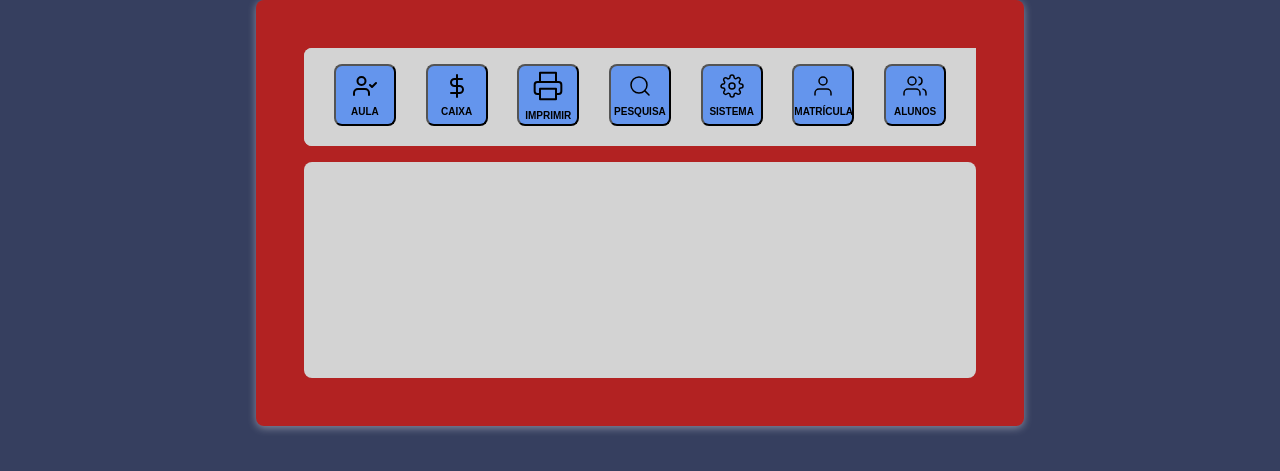
Repository: samantaProspero/projeto_integrador
Page: Versão Atual/PI_Vanila/index.html
The author's editor kept a copy of each file at every save. The page is drawn from the files as they stood at one save, then again after the next save.
The browser window is 1280 px wide. The pictures show the whole page.

Above is the page before, as saved 2021-11-06 12:19:18.
Not found: Versão Atual/PI_Vanila/js/script.js

### Versão Atual/PI_Vanila/index.html
<!DOCTYPE html>
<html lang="pt-BR">
<head>
  <meta charset="UTF-8">
  <meta http-equiv="X-UA-Compatible" content="IE=edge">
  <meta name="viewport" content="width=device-width, initial-scale=1.0">
  <link rel="stylesheet" type="text/css" href="_css/global.css">
  <link rel="stylesheet" type="text/css" href="_css/style.css">
  <title>D Lions</title>
</head>
<body id="home-container">
  <section class="home-content">
    <nav class="home-icons">
      <div class="home-header-painel">
        <div class="home-buttons">
          <button class="icon">
            <img id=logo src="assets/icons/aula.svg">
                <p>AULA</p>
          </button>
          <button class="icon">
            <img id=logo src="assets/icons/dollar.svg">
                <p>CAIXA</p>
          </button>
          <button class="icon">
            <img id=logo src="assets/icons/printer.svg">
                <p>IMPRIMIR</p>
          </button>
          <button class="icon">
            <img id=logo src="assets/icons/search.svg">
                <p>PESQUISA</p>
          </button>
          <button class="icon">
            <img id=logo src="assets/icons/settings.svg">
                <p>SISTEMA</p>
          </button>
          <button class="icon">
            <img id=logo src="assets/icons/user.svg">
                <p>MATRÍCULA</p>
          </button>
          <button class="icon">
            <img id=logo src="assets/icons/users.svg">
                <p>ALUNOS</p>
          </button>
        </div>
      </div>

    </nav>
    <div class="lista-alunos">
      <!-- <form id="form-login" action="">
        <div class="input-container">
          <label for="login">Login: </label>
          <input type="text" name="login" id="login">
        </div>
        <div class="input-container">
          <label for="senha">Senha:</label>
          <input type="text" name="senha" id="senha">
        </div>
        <div id="buttons-div">
        <input type="button" value="Login">
        <input type="button" value="Sair">
        </div>
      </form> -->
    </div>
  </section>
  <script src="js/script.js"></script>
</body>
</html>

    <!-- <Container>
      <Content>
        <Icons>
          <Buttons>
            <button type="button" onClick={()=> {}}>
              <Icon>
                <img src={user} alt="matricula" />
              </Icon>
              <p>MATRÍCULA</p>
            </button>
            <button type="button" onClick={()=> {}}>
              <Icon>
                <img src={users} alt="alunos" />
              </Icon>
              <p>ALUNOS</p>
            </button>
            <button type="button" onClick={()=> {}}>
              <Icon>
                <img src={aula} alt="aula" />
              </Icon>
              <p>AULA</p>
            </button>
            <button type="button" onClick={()=> {}}>
              <Icon>
                <img src={dollar} alt="caixa" />
              </Icon>
              <p>CAIXA</p>
            </button>
            <button type="button" onClick={()=> {}}>
              <Icon>
                <img src={printer} alt="print" />
              </Icon>
              <p>IMPRIMIR</p>
            </button>
            <button type="button" onClick={()=> {}}>
              <Icon>
                <img src={search} alt="pesquisa" />
              </Icon>
              <p>PESQUISA</p>
            </button>
            <button type="button" onClick={()=> {}}>
              <Icon>
                <img src={settings} alt="sistema" />
              </Icon>
              <p>SISTEMA</p>
            </button>
          </Buttons>
        </Icons>
        <ListaAlunos>
          {/* <table>
            <thead>
              <th>Código</th>
              <th>Nome</th>
              <th>Telefone</th>
              <th>Email</th>
            </thead>
            <tbody></tbody>
            <tr>
              <td>{cliente[0].codigo}</td>
              <td>{cliente[0].nome}</td>
              <td>{cliente[0].telefone}</td>
              <td>{cliente[0].email}</td>
            </tr>
            <tr>
              <td>{cliente[1].codigo}</td>
              <td>{cliente[1].nome}</td>
              <td>{cliente[1].telefone}</td>
              <td>{cliente[1].email}</td>
            </tr>
          </table> */}
        </ListaAlunos>
      </Content>
    </Container> -->

### Versão Atual/PI_Vanila/_css/global.css
  :root{
    --red: #E52E4D;
    --green: #33CC95;
    --blue: #5429CC;
    --blue-light: #6933FF;
    --text-title: #363F5F;
    --text-body: #969CB2;
    --background: #f0f2f5;
    --shape: #FFFFFF;
    --primary_dark: #363F5F;
  --secondary_dark: #000000;
    --primary: #FF0000;
    --bg_home: #B22222;
    --bg_cadastro:#A52A2A;
    --icon: #6495ED;
    --bg_frame: #D3D3D3;
  }
  /* font verdana 8 bold */

  *{
    margin: 0;
    padding: 0;
    box-sizing: border-box;
  }

  /* // font-size: 16px (Desktop) */
  html{
    @media (max-width: 1080px){
      font-size: 93.75%; //15px
    }
    @media (max-width: 720px){
      font-size: 87.5%;  //14px
    }
  }
  /* //REM = 1rem = 16px */
  body{
    background: var(--primary_dark);
    -webkit-font-smoothing: antialiased;
  }

  body, input, textarea, button {
    font-family: 'Poppins', sans-serif;
    font-weight: 400;
  }

  h1, h2, h3, h4, h5, h6, strong {
    font-weight: 600;
  }

  button {
    cursor: pointer;
  }



  /* [disabled] {
    opacity: 0.6;
    cursor: not-allowed;
  }

  .react-modal-overlay{
    background: rgba(0,0,0,0.5);
    position: fixed;

    top: 0;
    bottom: 0;
    right: 0;
    left: 0;

    display: flex;
    align-items: center;
    justify-content: center;
  }

  .react-modal-content{
    width: 100%;
    max-width: 576px;
    background: var(--background);
    padding: 3rem;
    position: relative;
    border-radius: 0.25rem;
  }

  .react-modal-close{
    position: absolute;
    right: 1.5rem;
    top: 1.5rem;
    border: 0;
    background: transparent;
    transition: 0.2s; */

    /* &:hover{
      filter: brightness(0.9)
    }
  } */

### Versão Atual/PI_Vanila/_css/style.css

.home-header-painel {
  width: 100%;
  background-color: var(--bg_frame);
  display: flex;
  flex-direction: row;
  flex: 1;
  justify-content: space-between;
  align-items: center;
  border-radius: 8px 0 0 8px;
}
.home-container {
width: 100%;
height: 100vh;
background-color: rgb(0,0,0,0.8);
display: flex;
flex-direction: column;
align-items: center;
justify-content: center;
}
.home-content {
max-width: 1000px;
width: 60vw;
margin: 0 auto;
display: flex;
flex-direction: column;
justify-content: center;
align-items: center;
padding: 3rem;
border-radius: 8px;
background-color: var(--bg_home);
box-shadow: 0 2px 8px rgba(255, 255, 255,0.4);
}
.home-icons {
width: 100%;
display: flex;
flex-direction: rows;
justify-content: center;
align-items: flex-start;
}
.home-buttons {
width: 100%;
background-color: var(--bg_frame);
display: flex;
justify-content: space-around;
align-items: flex-start;
padding: 15px;
border-radius:  8px;

padding-top: 0.7rem;
}
.home-buttons button{
  width: 62px;
  height: 62px;
  margin: 5px;
  border-radius:  8px;
  background-color: var(--icon);
}

.home-buttons p{
    font-weight: bold;
    font-size: 10px;
    padding-top: 5px;
  }



/* .Icon {
width: 100%;
height: 100%;
display: flex;
align-items: center;
justify-content: center;
  img{
  width: 2rem;
  height: 2rem;
  };
 */
.lista-alunos {
width: 100%;
height: 30vh;
background-color: var(--bg_frame);
display: flex;
justify-content: center;
align-items: flex-start;
border-radius: 8px;
margin-top: 1rem;
padding-top: 1rem;
/* table{
  width: 90%;
  text-align: center;
  border: 1px solid #000000;
};
th{
  border: 1px solid #000000;
}
td{
  padding: 8px 0; */
}

After the next save:
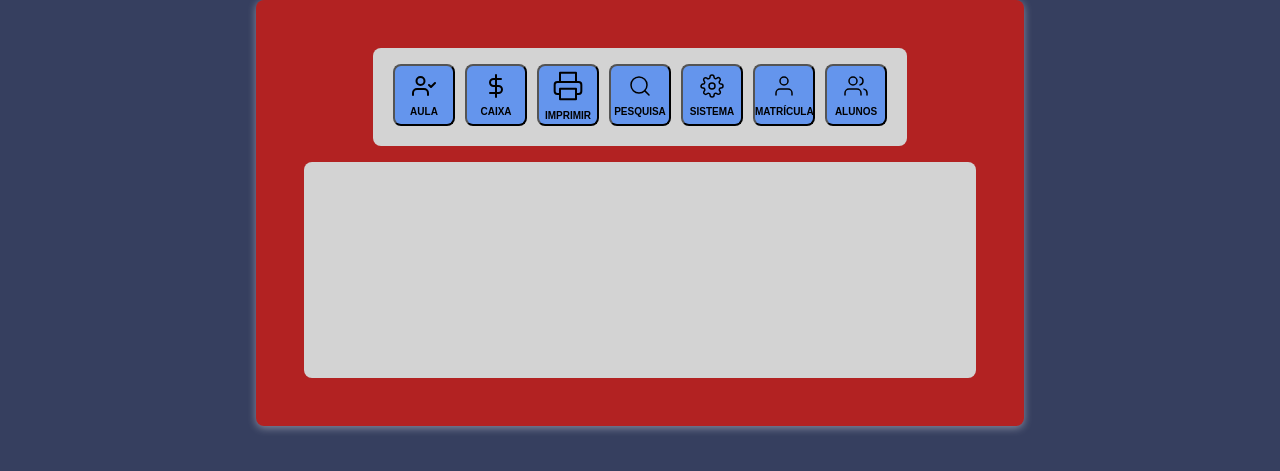
Saved 17 s later.
--- a/Versão Atual/PI_Vanila/_css/style.css
+++ b/Versão Atual/PI_Vanila/_css/style.css
@@ -1,14 +1,4 @@
 
-.home-header-painel {
-  width: 100%;
-  background-color: var(--bg_frame);
-  display: flex;
-  flex-direction: row;
-  flex: 1;
-  justify-content: space-between;
-  align-items: center;
-  border-radius: 8px 0 0 8px;
-}
 .home-container {
 width: 100%;
 height: 100vh;

After the 3 saves that followed:
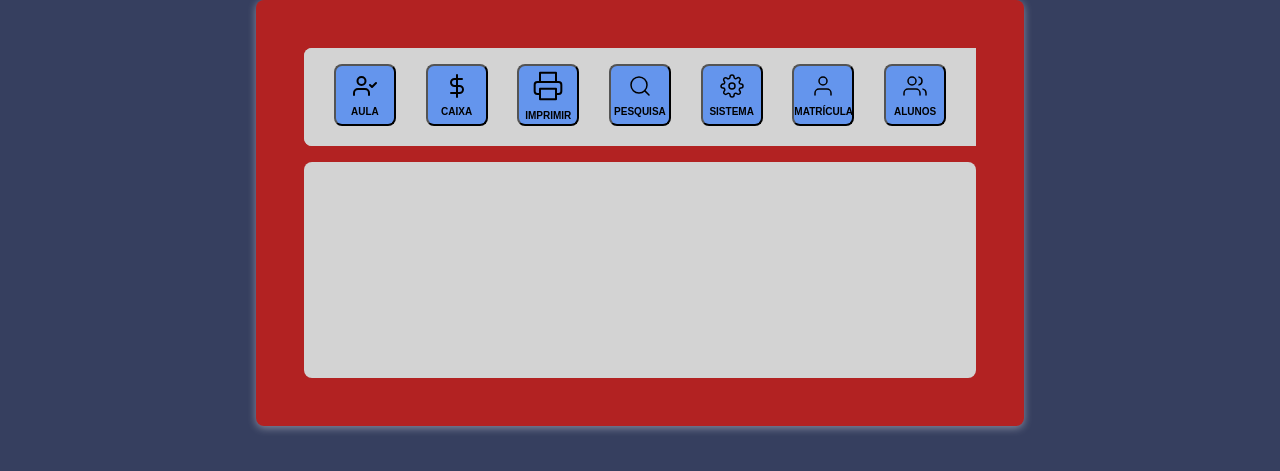
The 3 saves are shown as one change because they came seconds apart.
The last was saved 15 s later.
--- a/Versão Atual/PI_Vanila/_css/style.css
+++ b/Versão Atual/PI_Vanila/_css/style.css
@@ -27,6 +27,16 @@
 flex-direction: rows;
 justify-content: center;
 align-items: flex-start;
+}
+.home-header-painel {
+  width: 100%;
+  background-color: var(--bg_frame);
+  display: flex;
+  flex-direction: row;
+  flex: 1;
+  justify-content: space-between;
+  align-items: center;
+  border-radius: 8px 0 0 8px;
 }
 .home-buttons {
 width: 100%;
